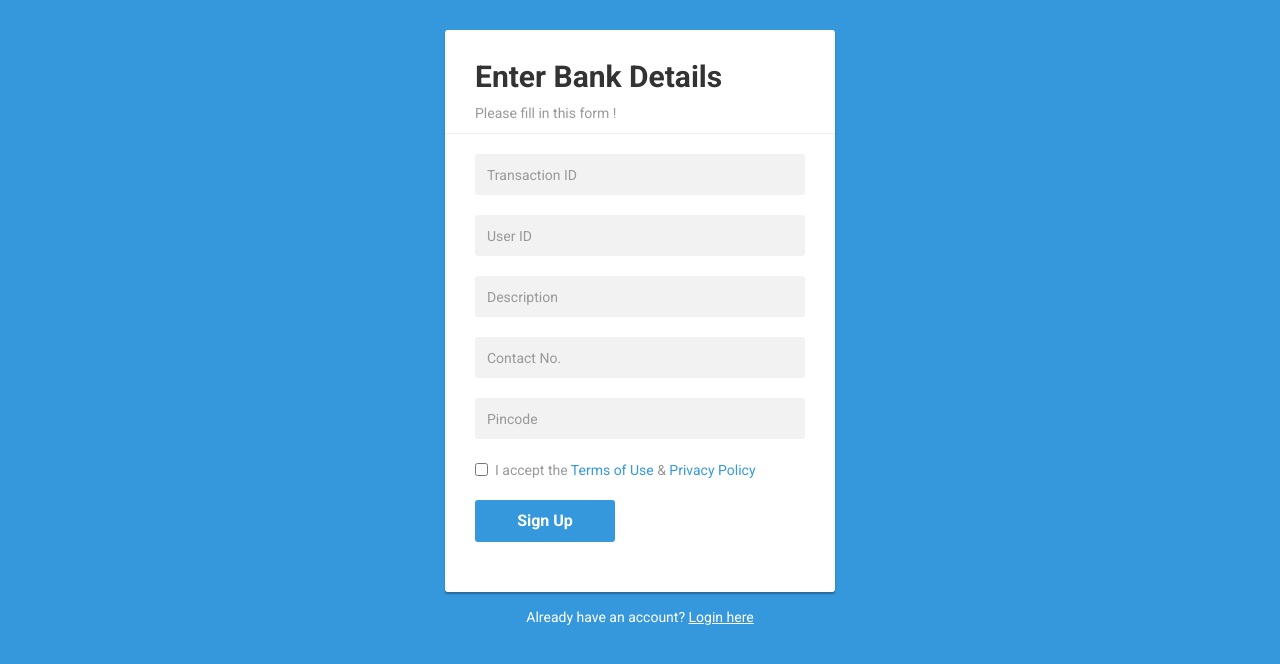
Repository: Rajat-Jain29/Java-Spring-Boot
Page: Registration/Bank Account/WebContent/bank.html
These files come from the project's save history. The page is drawn as it stood at one moment and after the next save; the edit follows.
The browser window is 1280 px wide. The pictures show the whole page.

Above is the page before, as saved 2021-03-21 14:09:29.

After the next save:
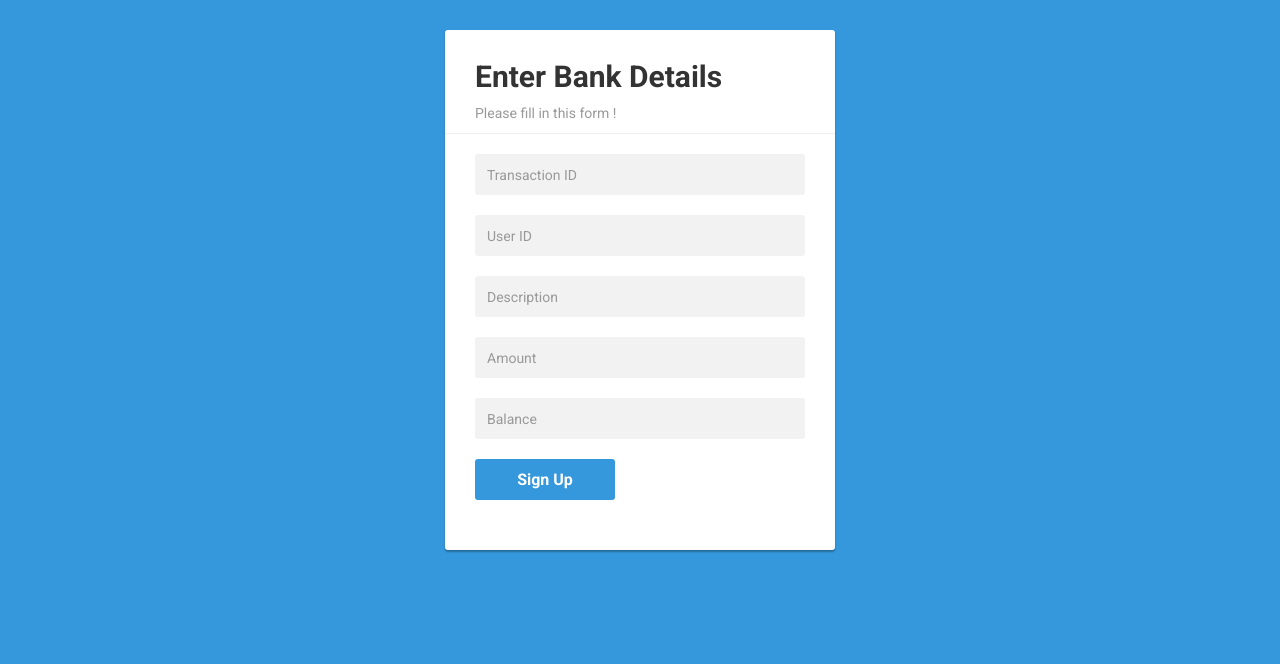
Saved 72 s later.
--- a/Registration/Bank Account/WebContent/bank.html
+++ b/Registration/Bank Account/WebContent/bank.html
@@ -124,26 +124,23 @@
 
           <div class="form-group">
 
-				<input type="text" class="form-control" name="phone" placeholder="Contact No." required="required">
+				<input type="text" class="form-control" name="amt" placeholder="Amount" required="required">
 
 
         </div>
 
           <div class="form-group">
 
-				<input type="text" class="form-control" name="pin" placeholder="Pincode" required="required">
+				<input type="text" class="form-control" name="balance" placeholder="Balance" required="required">
 
 
         </div>
 
-        <div class="form-group">
-			<label class="checkbox-inline"><input type="checkbox" required="required"> I accept the <a href="#">Terms of Use</a> &amp; <a href="#">Privacy Policy</a></label>
-		</div>
 		<div class="form-group">
             <button type="submit" class="btn btn-primary btn-lg">Sign Up</button>
         </div>
     </form>
-    <div class="hint-text">Already have an account? <a href="log.html" target="_blank">Login here</a></div>
+
 </div>
 </body>
 </html>
